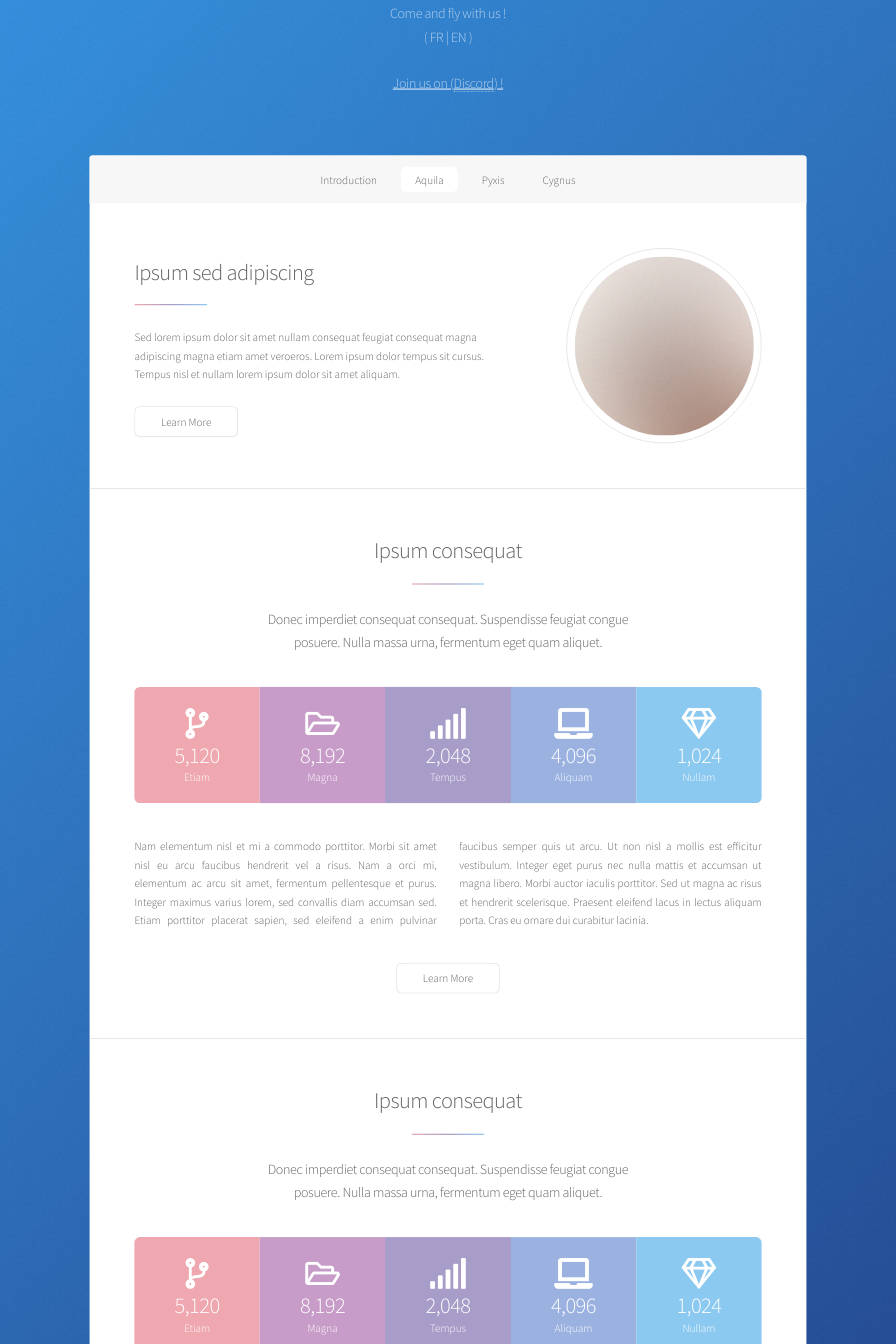
Repository: France-Alliance/France-Alliance.github.io
Page: index.html
An editor plug-in stored every save of this project. The page is shown before and after the next save, followed by the edit.
The browser window is 1280 px wide. The pictures show the part of the page from y = 326 to 2246 px (the page is 3515 px tall), at 70% of full size.

Above is the page before, as saved 2021-04-06 09:23:50.

### index.html
<!DOCTYPE HTML>
<!--
	From Stellar by HTML5 UP
	html5up.net | @ajlkn
	Free for personal and commercial use under the CCA 3.0 license (html5up.net/license)
-->
<html>
	<head>
		<title>France Alliance</title>
		<meta charset="utf-8" />
		<meta name="viewport" content="width=device-width, initial-scale=1, user-scalable=no" />
		<link rel="stylesheet" href="assets/css/main.css" />
		<noscript><link rel="stylesheet" href="assets/css/noscript.css" /></noscript>
		<script src="https://twemoji.maxcdn.com/v/latest/twemoji.min.js" crossorigin="anonymous"></script>
	</head>
	<body class="is-preload">

		<!-- Wrapper -->
			<div id="wrapper">

				<!-- Header -->
					<header id="header" class="alt">
						<span class="logo"><img src="images/Fichier 1.png" alt="" /></span>
						<h1>France Alliance</h1>
						<p>An alliance by players, for players !<br>
						Come and fly with us !<br>
						( FR | EN )<br>
						<br><u>Join us on (<a href="https://discord.com/invite/ZGWHpfm">Discord</a>) !</u></p>
					</header>

				<!-- Nav -->
					<nav id="nav">
						<ul>
							<li><a href="#intro" class="active">Introduction</a></li>
							<li><a href="#first">Aquila</a></li>
							<li><a href="#second">Pyxis</a></li>
							<li><a href="#cta">Cygnus</a></li>
						</ul>
					</nav>

				<!-- Main -->
					<div id="main">

						<!-- Introduction -->
							<section id="intro" class="main">
								<div class="spotlight">
									<div class="content">
										<header class="major">
											<h2>Ipsum sed adipiscing</h2>
										</header>
										<p>Sed lorem ipsum dolor sit amet nullam consequat feugiat consequat magna
										adipiscing magna etiam amet veroeros. Lorem ipsum dolor tempus sit cursus.
										Tempus nisl et nullam lorem ipsum dolor sit amet aliquam.</p>
										<ul class="actions">
											<li><a href="generic.html" class="button">Learn More</a></li>
										</ul>
									</div>
									<span class="image"><img src="images/pic01.jpg" alt="" /></span>
								</div>
							</section>

							<!-- First Section -->
							<section id="first" class="main special">
								<header class="major">
									<h2>Ipsum consequat</h2>
									<p>Donec imperdiet consequat consequat. Suspendisse feugiat congue<br />
									posuere. Nulla massa urna, fermentum eget quam aliquet.</p>
								</header>
								<ul class="statistics">
									<li class="style1">
										<span class="icon solid fa-code-branch"></span>
										<strong>5,120</strong> Etiam
									</li>
									<li class="style2">
										<span class="icon fa-folder-open"></span>
										<strong>8,192</strong> Magna
									</li>
									<li class="style3">
										<span class="icon solid fa-signal"></span>
										<strong>2,048</strong> Tempus
									</li>
									<li class="style4">
										<span class="icon solid fa-laptop"></span>
										<strong>4,096</strong> Aliquam
									</li>
									<li class="style5">
										<span class="icon fa-gem"></span>
										<strong>1,024</strong> Nullam
									</li>
								</ul>
								<p class="content">Nam elementum nisl et mi a commodo porttitor. Morbi sit amet nisl eu arcu faucibus hendrerit vel a risus. Nam a orci mi, elementum ac arcu sit amet, fermentum pellentesque et purus. Integer maximus varius lorem, sed convallis diam accumsan sed. Etiam porttitor placerat sapien, sed eleifend a enim pulvinar faucibus semper quis ut arcu. Ut non nisl a mollis est efficitur vestibulum. Integer eget purus nec nulla mattis et accumsan ut magna libero. Morbi auctor iaculis porttitor. Sed ut magna ac risus et hendrerit scelerisque. Praesent eleifend lacus in lectus aliquam porta. Cras eu ornare dui curabitur lacinia.</p>
								<footer class="major">
									<ul class="actions special">
										<li><a href="generic.html" class="button">Learn More</a></li>
									</ul>
								</footer>
							</section>

						<!-- First Section Example
							<section id="second" class="main special">
								<header class="major">
									<h2>Magna veroeros</h2>
								</header>
								<ul class="features">
									<li>
										<span class="icon solid major style1 fa-code"></span>
										<h3>Ipsum consequat</h3>
										<p>Sed lorem amet ipsum dolor et amet nullam consequat a feugiat consequat tempus veroeros sed consequat.</p>
									</li>
									<li>
										<span class="icon major style3 fa-copy"></span>
										<h3>Amed sed feugiat</h3>
										<p>Sed lorem amet ipsum dolor et amet nullam consequat a feugiat consequat tempus veroeros sed consequat.</p>
									</li>
									<li>
										<span class="icon major style5 fa-gem"></span>
										<h3>Dolor nullam</h3>
										<p>Sed lorem amet ipsum dolor et amet nullam consequat a feugiat consequat tempus veroeros sed consequat.</p>
									</li>
								</ul>
								<footer class="major">
									<ul class="actions special">
										<li><a href="generic.html" class="button">Learn More</a></li>
									</ul>
								</footer>
							</section>
						-->

						<!-- Second Section -->
							<section id="second" class="main special">
								<header class="major">
									<h2>Ipsum consequat</h2>
									<p>Donec imperdiet consequat consequat. Suspendisse feugiat congue<br />
									posuere. Nulla massa urna, fermentum eget quam aliquet.</p>
								</header>
								<ul class="statistics">
									<li class="style1">
										<span class="icon solid fa-code-branch"></span>
										<strong>5,120</strong> Etiam
									</li>
									<li class="style2">
										<span class="icon fa-folder-open"></span>
										<strong>8,192</strong> Magna
									</li>
									<li class="style3">
										<span class="icon solid fa-signal"></span>
										<strong>2,048</strong> Tempus
									</li>
									<li class="style4">
										<span class="icon solid fa-laptop"></span>
										<strong>4,096</strong> Aliquam
									</li>
									<li class="style5">
										<span class="icon fa-gem"></span>
										<strong>1,024</strong> Nullam
									</li>
								</ul>
								<p class="content">Nam elementum nisl et mi a commodo porttitor. Morbi sit amet nisl eu arcu faucibus hendrerit vel a risus. Nam a orci mi, elementum ac arcu sit amet, fermentum pellentesque et purus. Integer maximus varius lorem, sed convallis diam accumsan sed. Etiam porttitor placerat sapien, sed eleifend a enim pulvinar faucibus semper quis ut arcu. Ut non nisl a mollis est efficitur vestibulum. Integer eget purus nec nulla mattis et accumsan ut magna libero. Morbi auctor iaculis porttitor. Sed ut magna ac risus et hendrerit scelerisque. Praesent eleifend lacus in lectus aliquam porta. Cras eu ornare dui curabitur lacinia.</p>
								<footer class="major">
									<ul class="actions special">
										<li><a href="generic.html" class="button">Learn More</a></li>
									</ul>
								</footer>
							</section>

						<!-- Get Started -->
							<section id="cta" class="main special">
								<header class="major">
									<h2>Congue imperdiet</h2>
									<p>Donec imperdiet consequat consequat. Suspendisse feugiat congue<br />
									posuere. Nulla massa urna, fermentum eget quam aliquet.</p>
								</header>
								<footer class="major">
									<ul class="actions special">
										<li><a href="generic.html" class="button primary">Get Started</a></li>
										<li><a href="generic.html" class="button">Learn More</a></li>
									</ul>
								</footer>
							</section>

					</div>

				<!-- Footer -->
					<footer id="footer">
						<section>
							<h2>Aliquam sed mauris</h2>
							<p>Sed lorem ipsum dolor sit amet et nullam consequat feugiat consequat magna adipiscing tempus etiam dolore veroeros. eget dapibus mauris. Cras aliquet, nisl ut viverra sollicitudin, ligula erat egestas velit, vitae tincidunt odio.</p>
							<ul class="actions">
								<li><a href="generic.html" class="button">Learn More</a></li>
							</ul>
						</section>
						<section>
							<h2>Contact</h2>
							<dl class="alt">
								<dt>Address</dt>
								<dd>40 rue de Barbès &bull; Montrouge, Ile de France 92120 &bull; FR</dd>
								<dt>Phone</dt>
								<dd>(+33) 00 00 00 00 00</dd>
								<dt>Email</dt>
								<dd><a href="#">am2.francealliance@gmail.com</a></dd>
							</dl>
							<ul class="icons">
								<li><a href="https://twitter.com/FranceAlliance" class="icon brands fa-twitter alt"><span class="label">Twitter</span></a></li>
								<!--<li><a href="#" class="icon brands fa-facebook-f alt"><span class="label">Facebook</span></a></li>-->
								<li><a href="https://www.instagram.com/francealliance" class="icon brands fa-instagram alt"><span class="label">Instagram</span></a></li>
								<li><a href="https://github.com/France-Alliance" class="icon brands fa-github alt"><span class="label">GitHub</span></a></li>
								<!--<li><a href="#" class="icon brands fa-dribbble alt"><span class="label">Dribbble</span></a></li>-->
							</ul>
						</section>
						<p class="copyright">&copy; By Darrzake for France Alliance based on  Stellar from <a href="https://html5up.net">HTML5 UP</a>.</p>
					</footer>

			</div>

		<!-- Scripts -->
			<script src="assets/js/jquery.min.js"></script>
			<script src="assets/js/jquery.scrollex.min.js"></script>
			<script src="assets/js/jquery.scrolly.min.js"></script>
			<script src="assets/js/browser.min.js"></script>
			<script src="assets/js/breakpoints.min.js"></script>
			<script src="assets/js/util.js"></script>
			<script src="assets/js/main.js"></script>

	</body>
</html>

Loaded but not shown: assets/js/jquery.min.js (library); assets/js/jquery.scrollex.min.js (common file); assets/css/fontawesome-all.min.css (library); assets/js/jquery.scrolly.min.js (common file); assets/js/browser.min.js (common file); assets/js/breakpoints.min.js (common file); assets/js/util.js (587 lines, source omitted); assets/js/main.js (123 lines, source omitted); assets/css/main.css (3784 lines, source omitted)

After the next save:
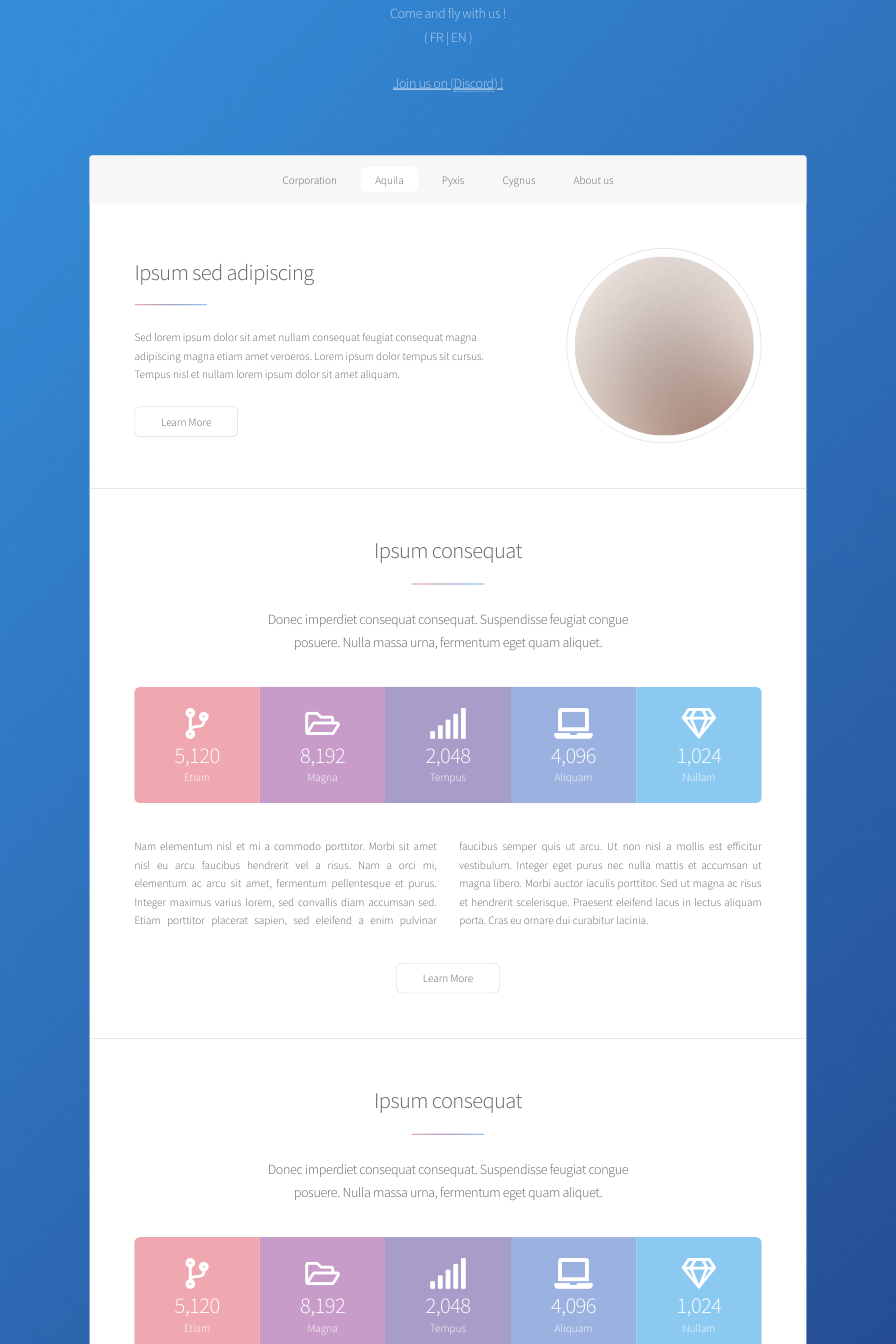
Saved 26 min 29 s later.
--- a/index.html
+++ b/index.html
@@ -31,10 +31,11 @@
 				<!-- Nav -->
 					<nav id="nav">
 						<ul>
-							<li><a href="#intro" class="active">Introduction</a></li>
+							<li><a href="#intro" class="active">Corporation</a></li>
 							<li><a href="#first">Aquila</a></li>
 							<li><a href="#second">Pyxis</a></li>
 							<li><a href="#cta">Cygnus</a></li>
+							<li><a href="#cta">About us</a></li>
 						</ul>
 					</nav>
 
@@ -192,9 +193,9 @@
 						<section>
 							<h2>Contact</h2>
 							<dl class="alt">
-								<dt>Address</dt>
+								<dt>Playrion's Address</dt>
 								<dd>40 rue de Barbès &bull; Montrouge, Ile de France 92120 &bull; FR</dd>
-								<dt>Phone</dt>
+								<dt>Playrion's email</dt>
 								<dd>(+33) 00 00 00 00 00</dd>
 								<dt>Email</dt>
 								<dd><a href="#">am2.francealliance@gmail.com</a></dd>
